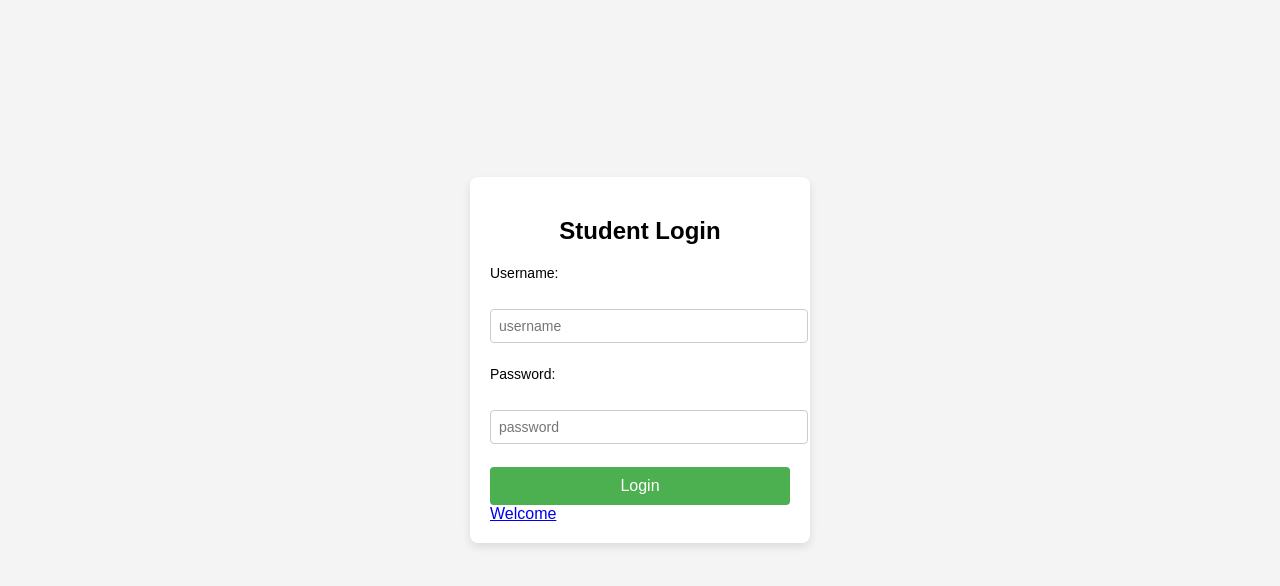
Repository: snehal-shinde151/my_repo
Page: classpro/src/main/webapp/login.html
The author's editor kept a copy of each file at every save. The page is drawn from the files as they stood at one save, then again after the next save.
The browser window is 1280 px wide. The pictures show the whole page.

Above is the page before, as saved 2025-03-07 08:32:42.

After the next save:
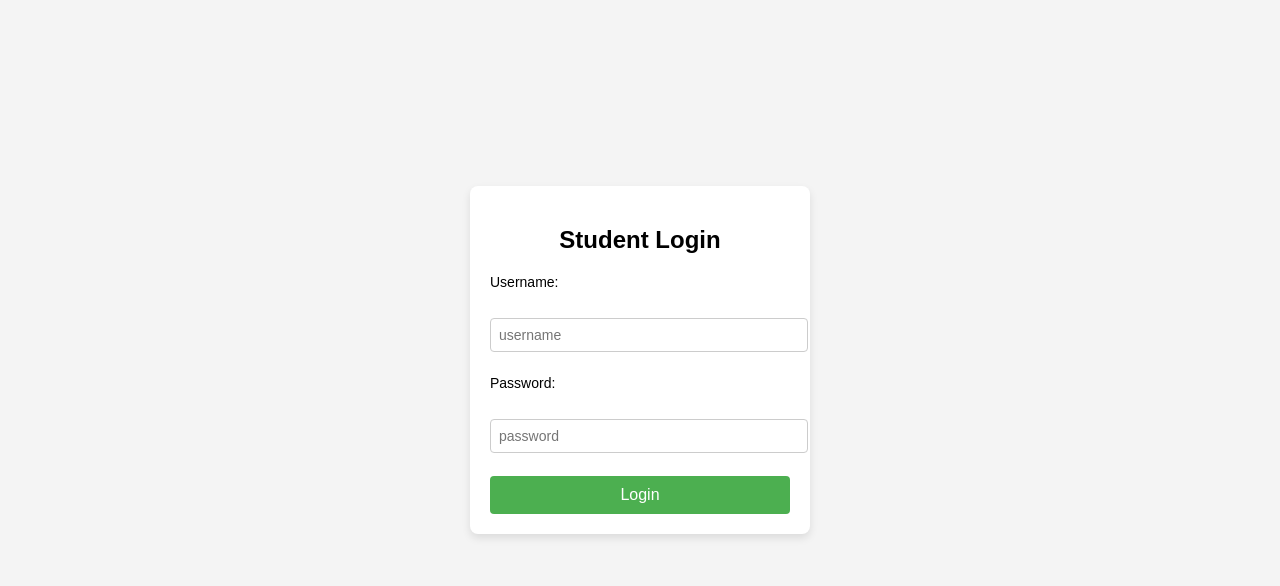
Saved 15 s later.
--- a/classpro/src/main/webapp/login.html
+++ b/classpro/src/main/webapp/login.html
@@ -75,7 +75,7 @@
 
 
             <button type="submit">Login</button>
-            <a href="welcome.html">Welcome </a>
+            <a href="welcome.html"></a>
         </form>
        <!--  <div class="footer">
             <p>Forgot password? <a href="Servlet">Click here</a></p>
